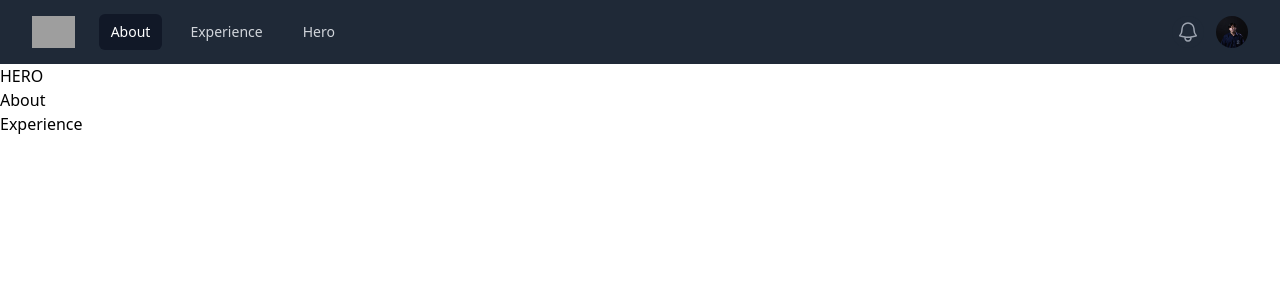
Repository: supakorn5039-boon/React-f
Page: /
The author's editor kept a copy of each file at every save. The page is drawn from the files as they stood at one save, then again after a run of saves.
The browser window is 1280 px wide. The pictures show the whole page.
Pictures or frames that could not be fetched are drawn as grey boxes. The project was rebuilt for these pictures with package versions that can differ from the ones it lists, and the page was loaded fresh each time. Also part of the build but not shown: vite.config.js.

Above is the page before, as saved 2024-01-09 10:49:27.

### src/App.jsx
import Navbar from "./components/navbar";
import Hero from "./components/Hero";
import About from "./components/About";
import Experience from "./components/Experience";

export default function App() {
  return (
    <>
      <Navbar />
      <Hero />
      <About />
      <Experience />
    </>
  );
}

### src/components/navbar.jsx
import { Fragment } from "react";
import { Disclosure, Menu, Transition } from "@headlessui/react";
import { Bars3Icon, BellIcon, XMarkIcon } from "@heroicons/react/24/outline";
import boon from "../assets/Photo.jpg";
const navigation = [
  { name: "About", href: "#about", current: true },
  { name: "Experience", href: "#experience", current: false },
  { name: "Hero", href: "#hero", current: false },
];

function classNames(...classes) {
  return classes.filter(Boolean).join(" ");
}

export default function Navbar() {
  return (
    <Disclosure as="nav" className="bg-gray-800">
      {({ open }) => (
        <>
          <div className="mx-auto max-w-7xl px-2 sm:px-6 lg:px-8">
            <div className="relative flex h-16 items-center justify-between">
              <div className="absolute inset-y-0 left-0 flex items-center sm:hidden">
                {/* Mobile menu button*/}
                <Disclosure.Button className="relative inline-flex items-center justify-center rounded-md p-2 text-gray-400 hover:bg-gray-700 hover:text-white focus:outline-none focus:ring-2 focus:ring-inset focus:ring-white">
                  <span className="absolute -inset-0.5" />
                  <span className="sr-only">Open main menu</span>
                  {open ? (
                    <XMarkIcon className="block h-6 w-6" aria-hidden="true" />
                  ) : (
                    <Bars3Icon className="block h-6 w-6" aria-hidden="true" />
                  )}
                </Disclosure.Button>
              </div>
              <div className="flex flex-1 items-center justify-center sm:items-stretch sm:justify-start">
                <div className="flex flex-shrink-0 items-center">
                  <img
                    className="h-8 w-auto"
                    src="https://tailwindui.com/img/logos/mark.svg?color=indigo&shade=500"
                    alt="Your Company"
                  />
                </div>
                <div className="hidden sm:ml-6 sm:block">
                  <div className="flex space-x-4">
                    {navigation.map((item) => (
                      <a
                        key={item.name}
                        href={item.href}
                        className={classNames(
                          item.current
                            ? "bg-gray-900 text-white"
                            : "text-gray-300 hover:bg-gray-700 hover:text-white",
                          "rounded-md px-3 py-2 text-sm font-medium"
                        )}
                        aria-current={item.current ? "page" : undefined}
                      >
                        {item.name}
                      </a>
                    ))}
                  </div>
                </div>
              </div>
              <div className="absolute inset-y-0 right-0 flex items-center pr-2 sm:static sm:inset-auto sm:ml-6 sm:pr-0">
                <button
                  type="button"
                  className="relative rounded-full bg-gray-800 p-1 text-gray-400 hover:text-white focus:outline-none focus:ring-2 focus:ring-white focus:ring-offset-2 focus:ring-offset-gray-800"
                >
                  <span className="absolute -inset-1.5" />
                  <span className="sr-only">View notifications</span>
                  <BellIcon className="h-6 w-6" aria-hidden="true" />
                </button>

                {/* Profile dropdown */}
                <Menu as="div" className="relative ml-3">
                  <div>
                    <Menu.Button className="relative flex rounded-full bg-gray-800 text-sm focus:outline-none focus:ring-2 focus:ring-white focus:ring-offset-2 focus:ring-offset-gray-800">
                      <span className="absolute -inset-1.5" />
                      <span className="sr-only">Open user menu</span>
                      <img className="h-8 w-8 rounded-full" src={boon} alt="" />
                    </Menu.Button>
                  </div>
                  <Transition
                    as={Fragment}
                    enter="transition ease-out duration-100"
                    enterFrom="transform opacity-0 scale-95"
                    enterTo="transform opacity-100 scale-100"
                    leave="transition ease-in duration-75"
                    leaveFrom="transform opacity-100 scale-100"
                    leaveTo="transform opacity-0 scale-95"
                  >
                    <Menu.Items className="absolute right-0 z-10 mt-2 w-48 origin-top-right rounded-md bg-white py-1 shadow-lg ring-1 ring-black ring-opacity-5 focus:outline-none">
                      <Menu.Item>
                        {({ active }) => (
                          <a
                            href="#"
                            className={classNames(
                              active ? "bg-gray-100" : "",
                              "block px-4 py-2 text-sm text-gray-700"
                            )}
                          >
                            Your Profile
                          </a>
                        )}
                      </Menu.Item>
                      <Menu.Item>
                        {({ active }) => (
                          <a
                            href="#"
                            className={classNames(
                              active ? "bg-gray-100" : "",
                              "block px-4 py-2 text-sm text-gray-700"
                            )}
                          >
                            Settings
                          </a>
                        )}
                      </Menu.Item>
                      <Menu.Item>
                        {({ active }) => (
                          <a
                            href="#"
                            className={classNames(
                              active ? "bg-gray-100" : "",
                              "block px-4 py-2 text-sm text-gray-700"
                            )}
                          >
                            Sign out
                          </a>
                        )}
                      </Menu.Item>
                    </Menu.Items>
                  </Transition>
                </Menu>
              </div>
            </div>
          </div>

          <Disclosure.Panel className="sm:hidden">
            <div className="space-y-1 px-2 pb-3 pt-2">
              {navigation.map((item) => (
                <Disclosure.Button
                  key={item.name}
                  as="a"
                  href={item.href}
                  className={classNames(
                    item.current
                      ? "bg-gray-900 text-white"
                      : "text-gray-300 hover:bg-gray-700 hover:text-white",
                    "block rounded-md px-3 py-2 text-base font-medium"
                  )}
                  aria-current={item.current ? "page" : undefined}
                >
                  {item.name}
                </Disclosure.Button>
              ))}
            </div>
          </Disclosure.Panel>
        </>
      )}
    </Disclosure>
  );
}

### src/components/Hero.jsx


export default function Hero() {
  return <div>HERO</div>;
}

Loaded but not shown: index.html (common file); src/main.jsx (common file); src/index.css (common file); src/components/About.jsx (common file); src/components/Experience.jsx (common file); tailwind.config.js (common file)

After the next 5 saves:
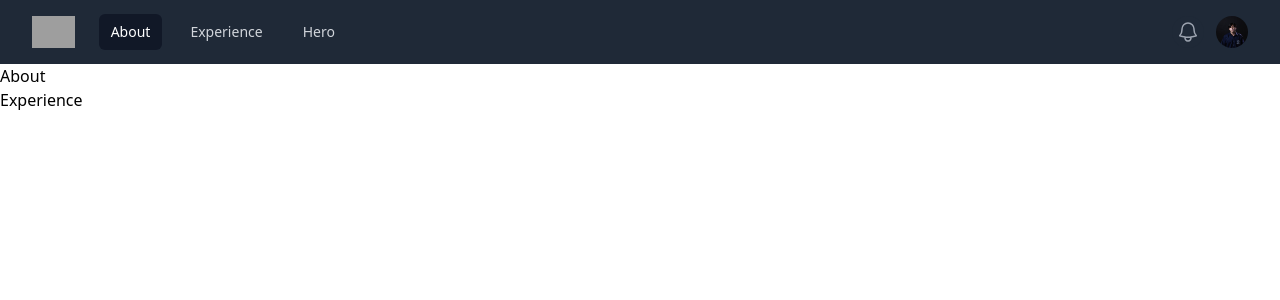
The 5 saves are shown as one change because 2 did not build or start and some came seconds apart.
The last was saved 105 s later.
--- a/src/components/Hero.jsx
+++ b/src/components/Hero.jsx
@@ -1,5 +1,7 @@
 
 
 export default function Hero() {
-  return <div>HERO</div>;
+  return(
+      <section className=""></section>
+    )
 }
